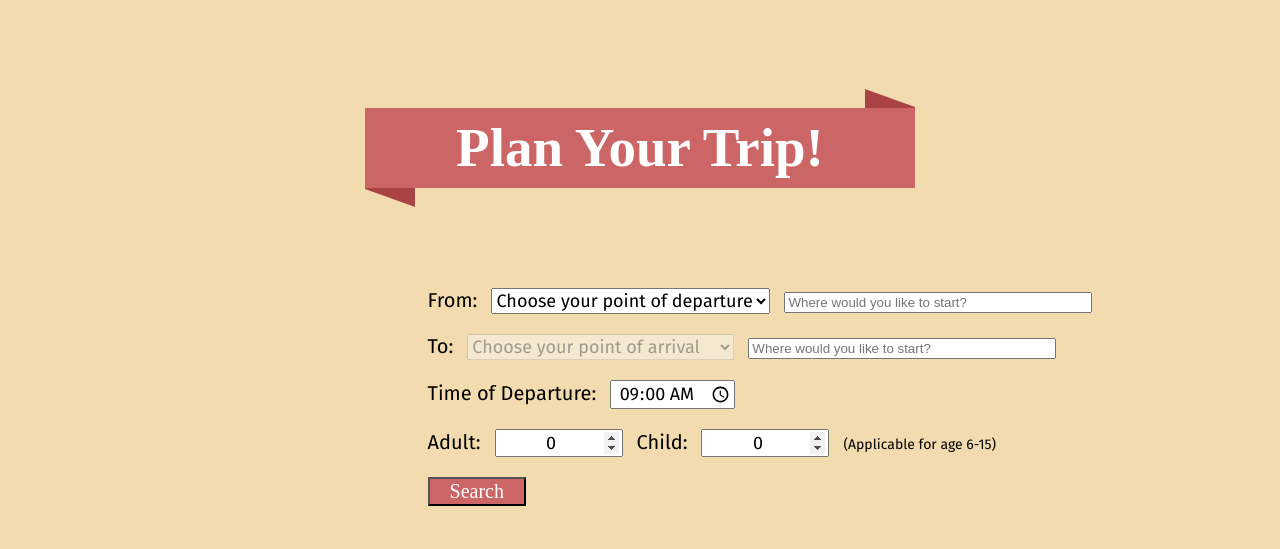
Repository: bbh0607/bae_dNation
Page: public/index.html
These files come from the project's save history. The page is drawn as it stood at one moment and after a run of saves; the edit follows.
The browser window is 1280 px wide. The pictures show the whole page.
Some web fonts or font styles are not loaded; a fallback is used.

Above is the page before, as saved 2020-02-01 15:22:57.

After the next 2 saves:
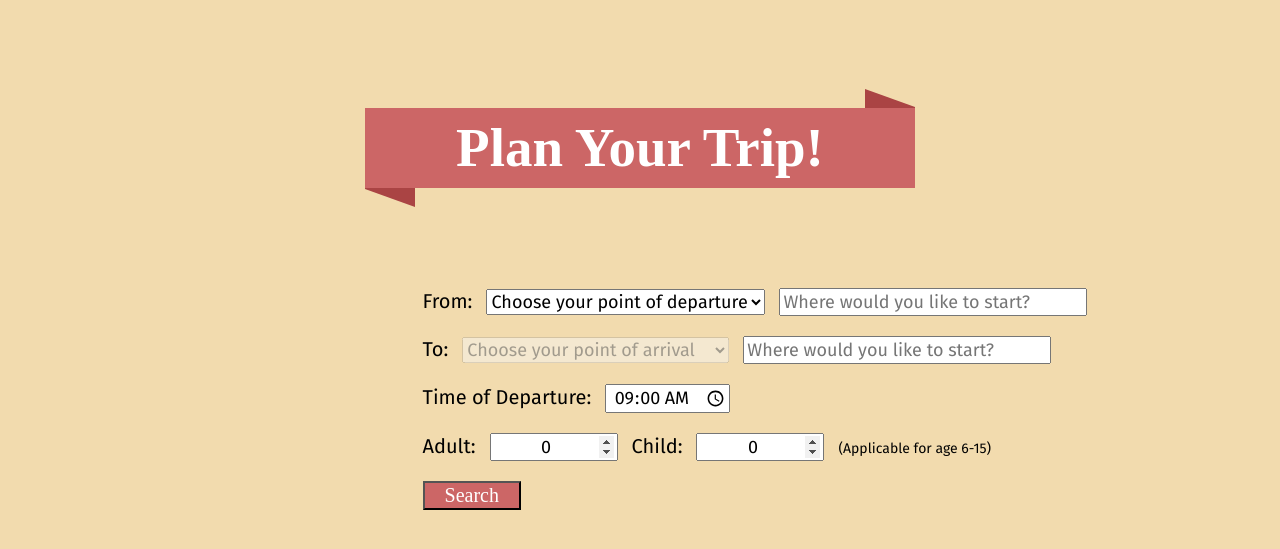
The 2 saves are shown as one change because they came seconds apart.
The last was saved 22 s later.
--- a/public/css/style.css
+++ b/public/css/style.css
@@ -75,6 +75,9 @@ input[type="time"], input[type="number"]{
 
 input[type="text"] {
   width: 300px;
+  font-family: "Fira Sans", sans-serif;
+  font-size: 18px;
+  margin-right: 10px;
 }
 
 small {
